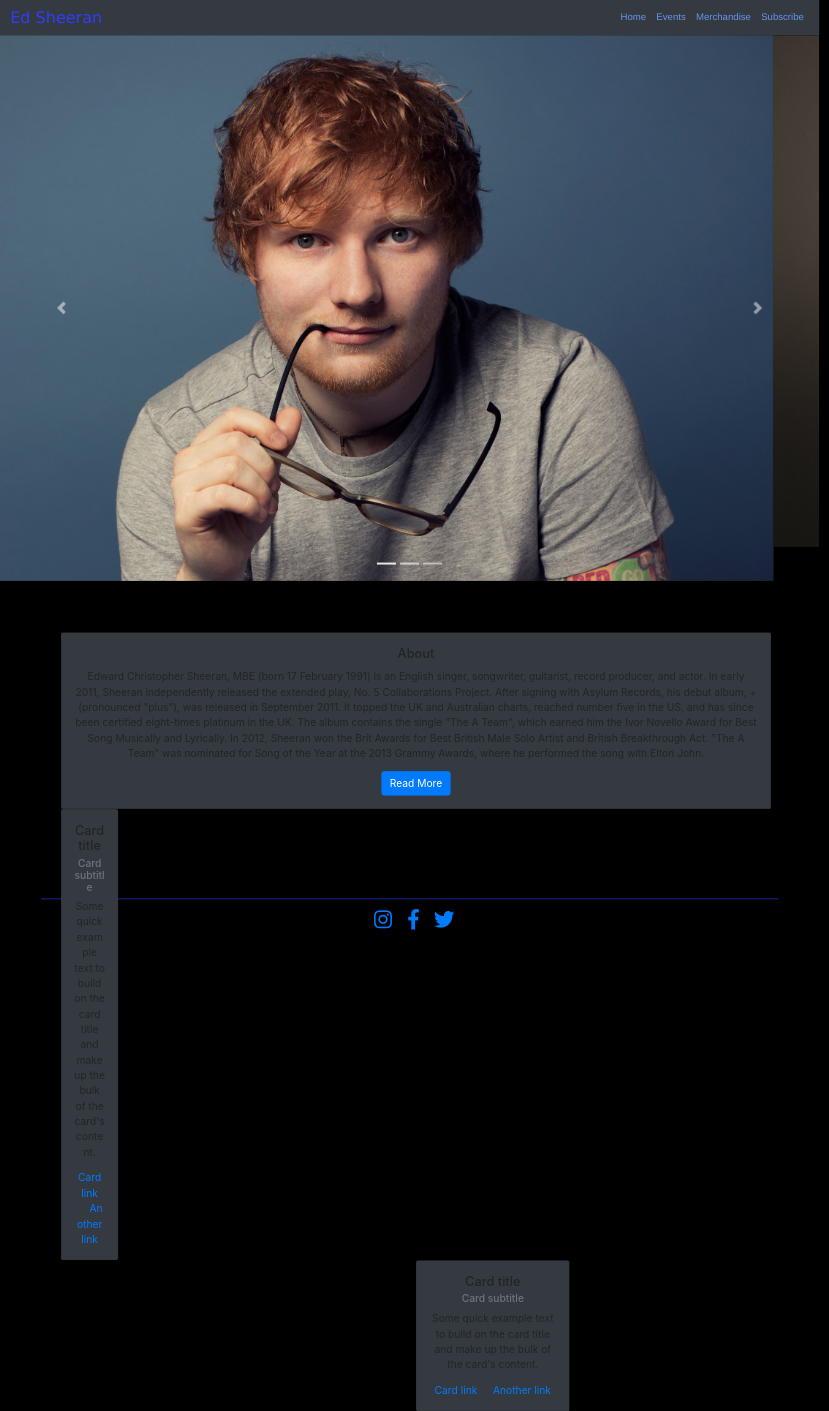
Repository: amit238/milestone-project-1
Page: index.html
The author's editor kept a record of every edit. The page is drawn from the files as they stood at one moment, then again after the next edit.
The browser window is 1280 px wide. The page is 1295 px wide, so the pictures cover 1295 px, including what lies to the right of the window. The pictures show the whole page, at 64% of full size.
Some web libraries are served in a nearby version.

Above is the page before.

After the next edit:
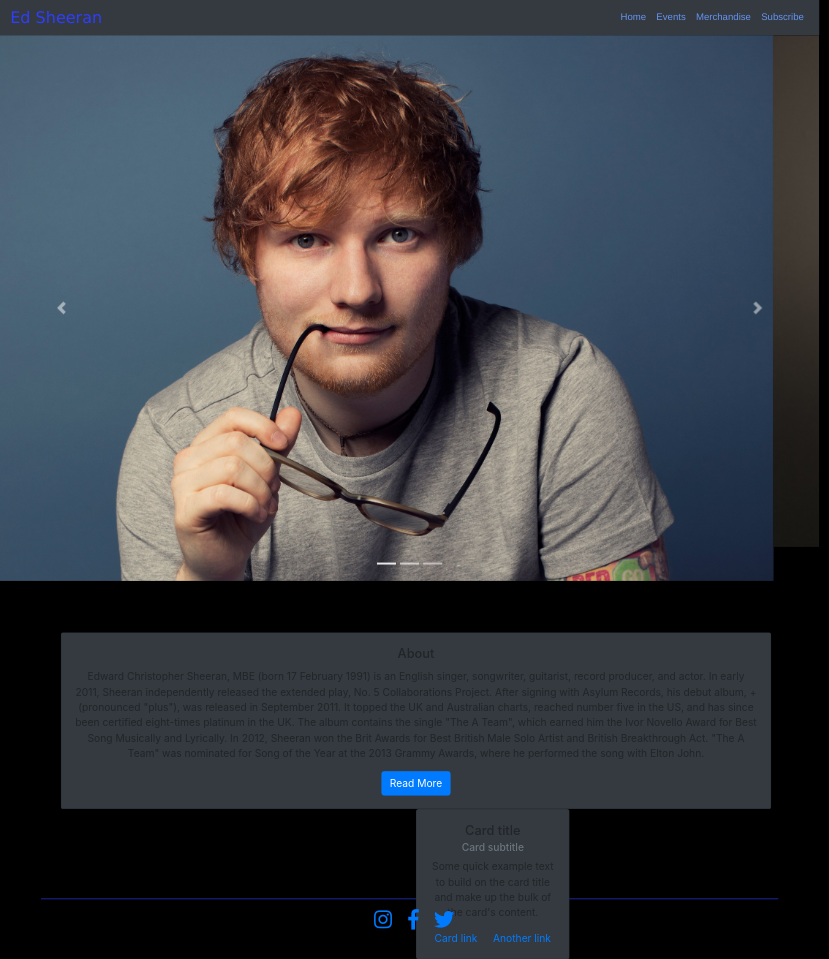
The edit:
--- a/index.html
+++ b/index.html
@@ -68,19 +68,6 @@
           </div>
         </div>
       </div>
-      <div class="row audio-card">
-        <div class="col-12 col-md-6">
-          <div class="card">
-            <div class="card-body">
-              <h5 class="card-title">Card title</h5>
-              <h6 class="card-subtitle mb-2 text-muted">Card subtitle</h6>
-              <p class="card-text">Some quick example text to build on the card title and make up the bulk of the card's content.</p>
-              <a href="#" class="card-link">Card link</a>
-              <a href="#" class="card-link">Another link</a>
-            </div>
-          </div>
-        </div>
-      </div>
       <div class="row">
         <div class="col-12 col-md-6"></div>
         <div class="card audio-card">
